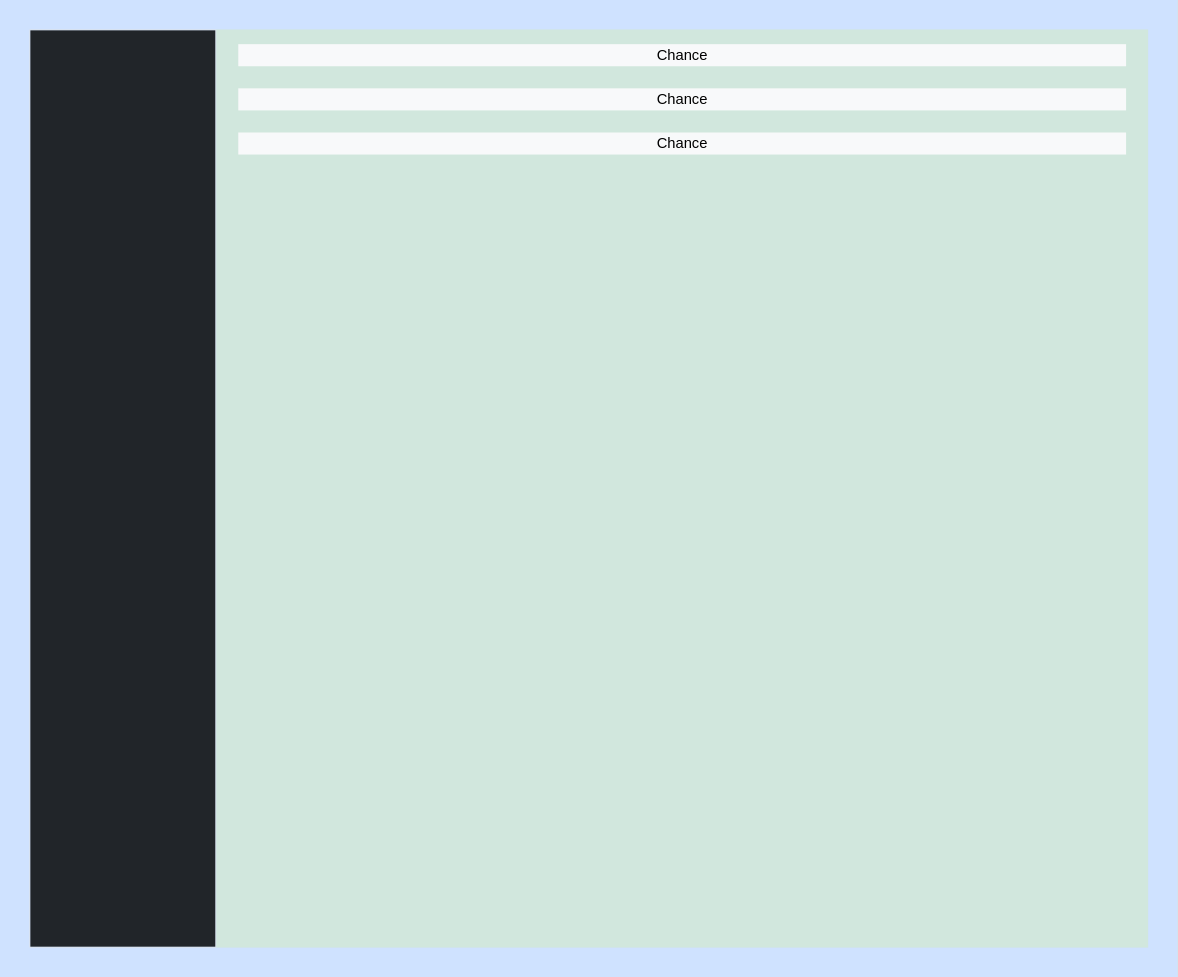
Repository: chancellor-w-whitaker/bec-tab
Page: /
These files come from the project's save history. The page is drawn as it stood at one moment and after the next save; the edit follows.
The browser window is 1280 px wide. The pictures show the whole page, at 92% of full size.
Some web fonts or font styles are not loaded; a fallback is used. The project was rebuilt for these pictures with package versions that can differ from the ones it lists, and the page was loaded fresh each time. Also part of the build but not shown: vite.config.js.

Above is the page before, as saved 2024-01-07 00:50:59.

After the next save:
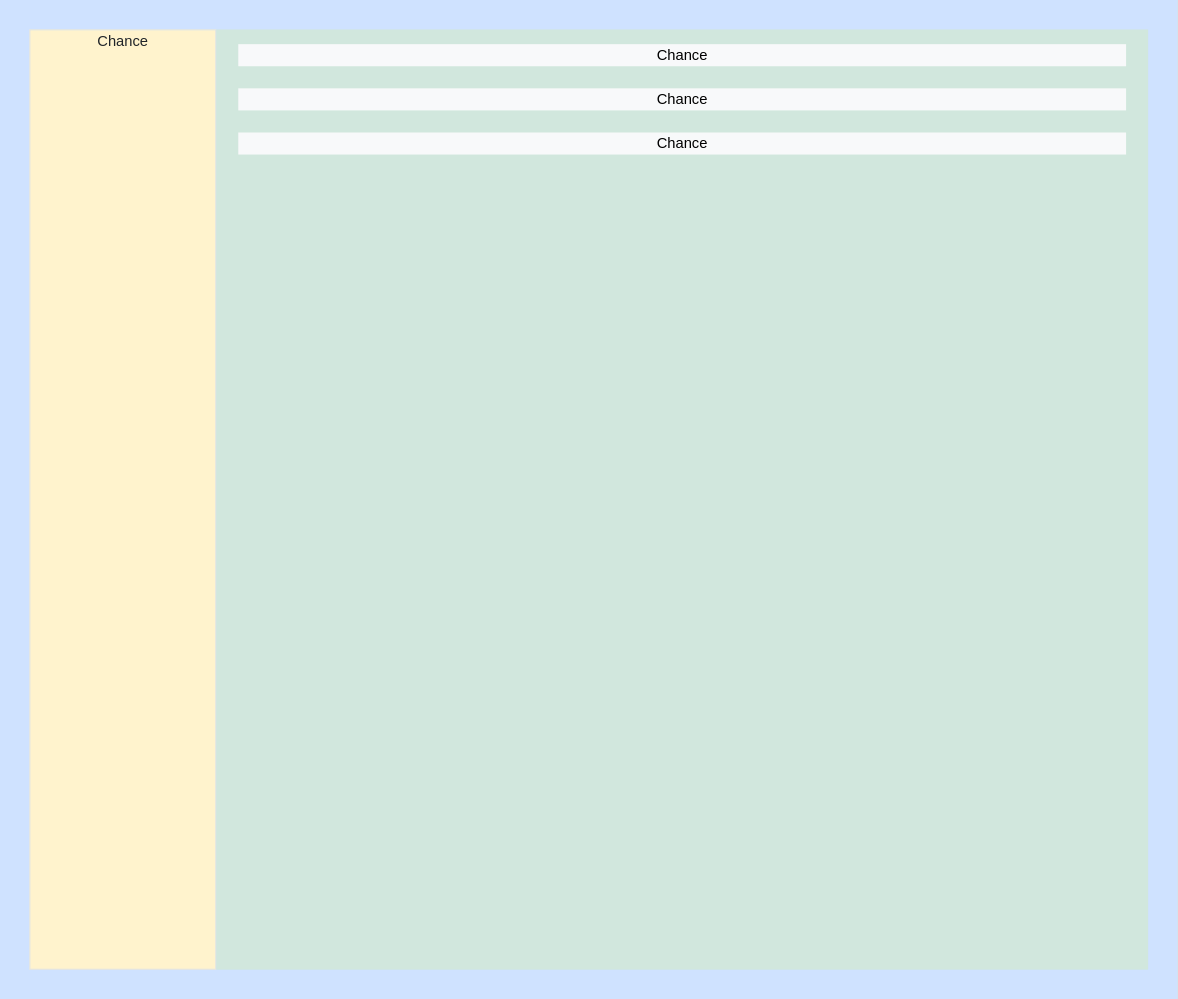
Saved 8 s later.
--- a/src/App.jsx
+++ b/src/App.jsx
@@ -70,8 +70,8 @@ const App = () => {
     <div className="container-fluid">
       <div className="row">
         <div className="sidebar border border-right col-md-3 col-lg-2 p-0 bg-warning-subtle">
-          {/* <div>Chance</div> */}
-          <ul className="nav flex-column bg-dark">
+          <div>Chance</div>
+          <ul className="nav flex-column">
             <li className="nav-item">
               <a
                 className="nav-link d-flex align-items-center gap-2 active"
